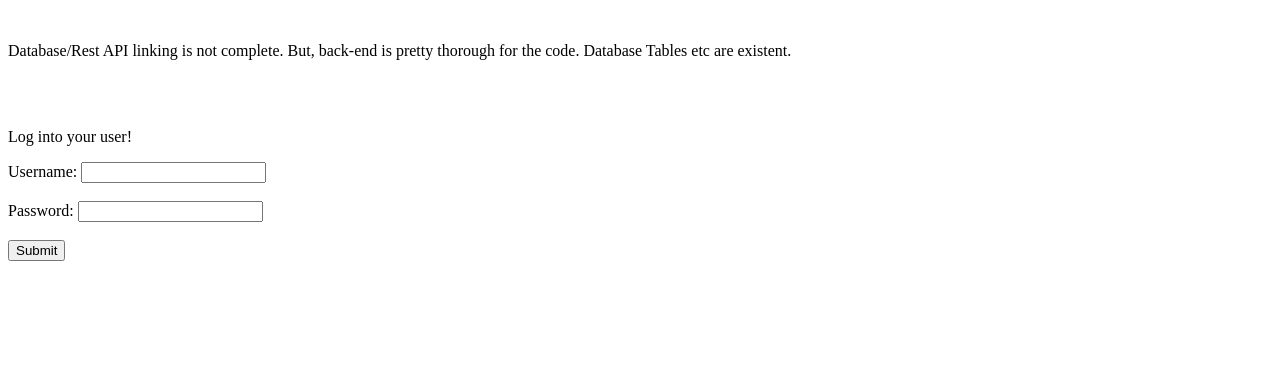
Repository: hcm4990/BankingApplicationRestAPI
Page: gs-serving-web-content-complete/src/main/resources/static/index.html
The author's editor kept a copy of each file at every save. The page is drawn from the files as they stood at one save, then again after the next save.
The browser window is 1280 px wide. The pictures show the whole page.

Above is the page before, as saved 2020-04-06 15:16:49.

### gs-serving-web-content-complete/src/main/resources/static/index.html
<!DOCTYPE HTML>
<html>
<head>
<title>Getting Started: Serving Web Content</title>
<meta http-equiv="Content-Type" content="text/html; charset=UTF-8" />
</head>
<body>
	<br>
	<p>Database/Rest API linking is not complete. But, back-end is pretty thorough for the code. Database Tables etc are existent.</p>
	<br>
	<br>
	<p><p>Log into your user!</p>
	<form action="/transaction">
		<label for="user_id">Username:</label> <input type="text" id="user_id"
			name="user_id"><br> <br>
		<label for="pass_word">Password:</label> <input type="text" id="pass_word"
			name="pass_word"><br>
		<br> <input type="submit" value="Submit">
	</form>
</body>
</html>

After the next save:
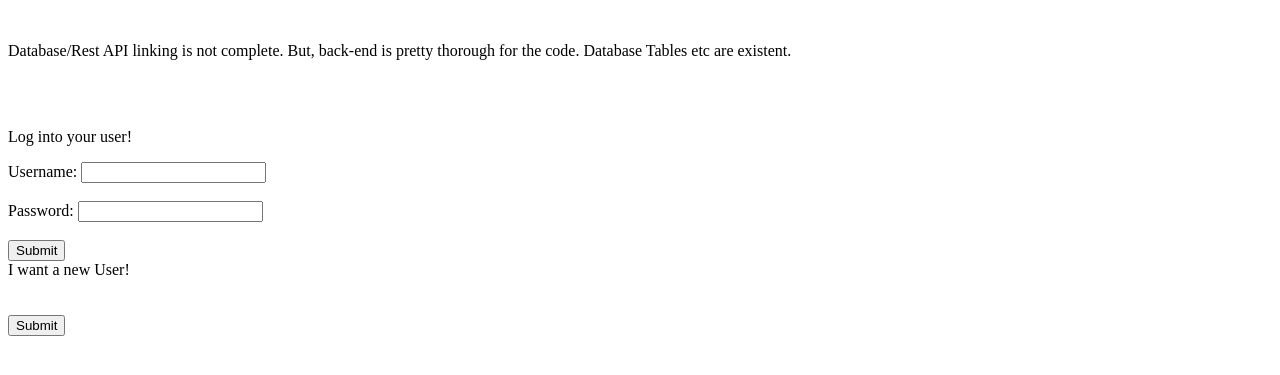
Saved 72 s later.
--- a/gs-serving-web-content-complete/src/main/resources/static/index.html
+++ b/gs-serving-web-content-complete/src/main/resources/static/index.html
@@ -17,5 +17,9 @@
 			name="pass_word"><br>
 		<br> <input type="submit" value="Submit">
 	</form>
+	<form action="/transaction">
+		<label for="user_id">I want a new User!</label><br> <br>
+		<br> <input type="submit" value="Submit">
+	</form>
 </body>
 </html>
